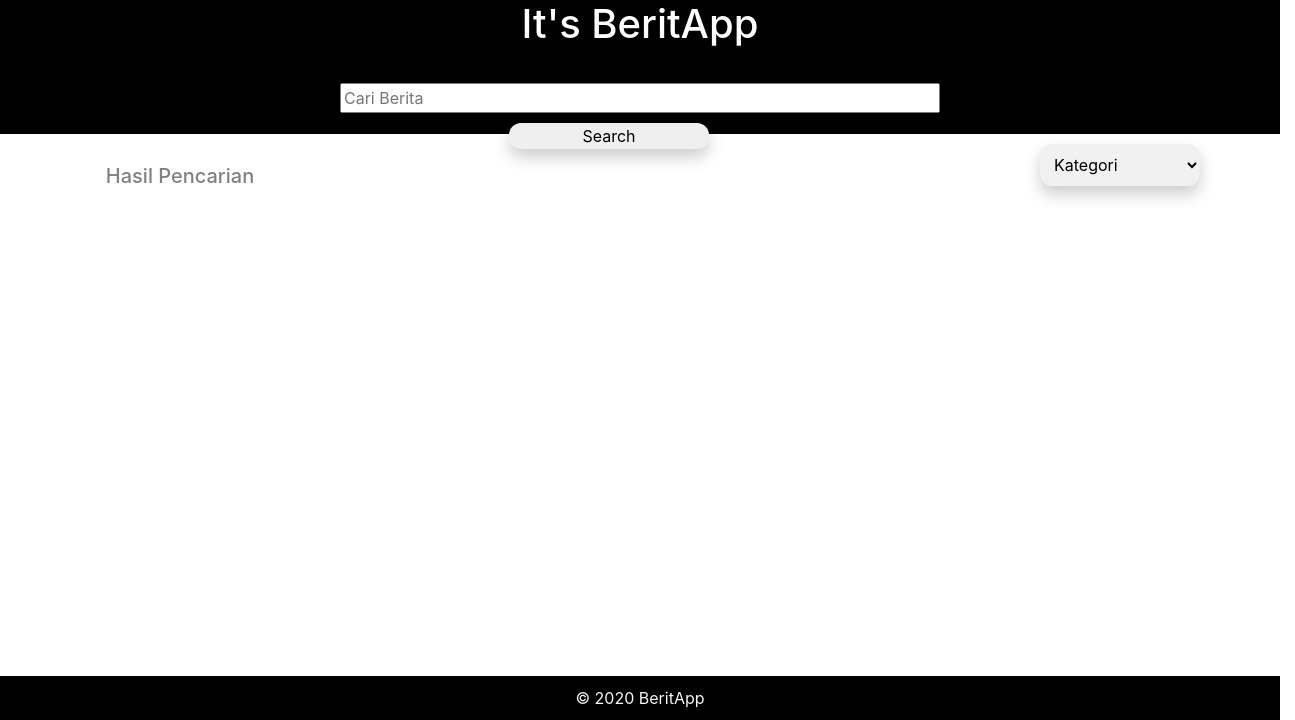
Repository: faalihnst/berita
Page: /
These files come from the project's save history. The page is drawn as it stood at one moment and after the next save; the edit follows.
The browser window is 1280 px wide. The page is 1295 px wide, then 1280 px, so the pictures cover 1295 px, including what lies to the right of the window. The pictures show the whole page.
The project was rebuilt for these pictures with package versions that can differ from the ones it lists, and the page was loaded fresh each time.

Above is the page before, as saved 2020-06-05 07:40:17.

### src/App.js
import React from 'react';
import './assets/style.css';

import 'bootstrap/dist/css/bootstrap.min.css';
// import { MDBCol, MDBFormInline, MDBIcon } from "mdbreact";

import { BrowserRouter as Router, Route } from "react-router-dom";

import Homepage from "./pages/homepage";
// import Login from "./Pages/login";
// import Skripsi from "./Pages/skripsi";

function App() {

  return (
    <div className="App">
      <Router>
        <Route exact path="/" component={Homepage}></Route>
        {/* <Route exact path="/Login" component={Login}></Route>
        <Route exact path="/Skripsi" component={Skripsi}></Route> */}
      </Router>
    </div>
  );
}

export default App;

### src/assets/style.css
.WebContainer{
  width: 100%;
  height: auto;
}

.container1{
  overflow: hidden;
}

body {
  margin: 0;
  font-family: Roboto, Helvetica, sans-serif;
}

.dropdown{
  align-items: center;
}

  /* Increase the font size of the heading */
.header h1 {
  font-size: 40px;
  color: white;
}

.judul{
  font-weight: bold;
}

.col-md-10{
  margin-left: 80px;
  margin-top: 10px;
  padding: 10px;
  border-bottom: 1.5pt solid #E4DFDA;
}

.col-md-5{
  padding: 5px;
  margin-top: 10px;
  margin-left: 1px;
}

.col-md-2{
  padding: 5px;
  margin-top: 10px;
  margin-left: 15px;
}

.result{
  color: grey;
}

.content{
  margin-top: 80px;
}

h5{
  padding: 20px;
  margin-left: 40px;
}

footer{
  background-color: black;
  color: whitesmoke;
  padding: 10px;
  margin-top: 110px;
  text-align: center;
  position: fixed;
  bottom: 0;
  left: 0;
  width: 100%;
}

form{
  margin-top: 20px;
  transform: translateY(15px);
}

input#titleBar{
  width: 600px;
}

input#nameBar{
  width: 300px;
  margin-left: 255px;
  margin-right: 0px;
}

input#npmBar{
  width: 250px;
  margin-right: 220px;
}

.row{
  margin-top: 10px;
}

.header{
  text-align: center;
  background-color: black;
  align-content: center;
}

.button#search{
  margin-top: 0%;
  margin-left: 40%;
  width: 200px;
  border-radius: 12px;
  border: none;
  box-shadow: 0px 8px 16px 0px rgba(0,0,0,0.2);
  z-index: 1;
}

.grid-container{
  grid-template-columns: auto auto;
}

.column-left{
  float: left;
  width: 25%;
  padding: 10px;
}

.then-right:after{
  display: table;
  clear: both;
}

/*dropdown*/
.dropbtn {
  background-color: #f1f1f1;
  color: black;
  padding: 10px;
  font-size: 16px;
  border: none;
  min-width:160px;
  border-radius: 12px;
  box-shadow: 0px 8px 16px 0px rgba(0,0,0,0.2);
  z-index: 1;
}

.dropdown {
  position: relative;
  display: inline-block;
}

.dropdown-content {
  display: none;
  position: absolute;
  background-color: #f1f1f1;
  min-width: 100px;
  box-shadow: 0px 8px 16px 0px rgba(0,0,0,0.2);
  z-index: 1;
  border-radius: 12px;
  color: black;
  border: none;
}

.dropdown-content option {
  color: black;
  padding: 8px 10px;
  text-decoration: none;
  display: block;
}

/*.dropdown-content a:hover {
  background-color: rgb(38, 38, 63);
  border-radius: 12px;
  color: white;
}*/

.button#search:hover{
  background-color: rgb(38, 38, 63);
  border-radius: 12px;
  color: white;
}
.dropdown:hover .dropdown-content {display: block;}

.dropdown:hover .dropbtn {
  background-color: rgb(38, 38, 63);
  border-radius: 12px;
  color: white;
}
/* css login
.container#login{
  height:480px;
  margin-top: 40px;
  margin-bottom: 50px;
  background-color:#1abc9c;
  justify-content: space-between;
  flex-direction: column;
  display: flex;
}

img{
  width: 577;
  height: 433;
  margin-top: 80px;
  margin-left: -200px;
}

.welcome{
  transform: rotate(-90deg);
  margin-left: -250px;
  color: white;
}

.btn-login{
  justify-content: flex-end;
  display: flex;
  margin-bottom: 25px;
  margin-top: 30px;
  font-size: 24px;
  background-color: blue;
  color: white;

}

.form-word{
  margin-left: 0px;
  margin-top: -90px;
  font-size: 25px;
  color: white;
}

.form-group{
  margin-top: 120px;
  width: 100px;
}

 css skripsi

.col-md-8#title{
  margin-top: 30px;
  padding: 15px;
}

.btn-holder {
  justify-content: flex-end;
  display: flex;
  margin-right: 50px;
  margin-bottom: 50px;
}

p#judul{
  font-weight: bold;;
  margin-left: 15px;
  font-size: 18pt;
  color: white;
}

article#abstrak{
  margin-top: 15px;
  padding: 3px;
  font-style: italic;
}

.imgSkripsi{
  width: 300px;
  height: 400px;
  margin-top: 35px;
  margin-left: 10px;
}*/

### src/pages/homepage.js
import React, { useState } from "react";

import axios from "axios";
import qs from "qs";

export default function Homepage() {
  //aciganti
  const [value, setValue] = useState({
    news: [],
    title: "",
    date: "",
    link: "",
    category: "",
    author: "",
    abstract: "",
  });

  const getData = async () => {
    const BASE_URL = "http://localhost:3030/berita-app/query";

    const headers = {
      Accept: "application/sparql-results+json,*/*;q=0.9",
      "Content-Type": "application/x-www-form-urlencoded; charset=UTF-8",
    };

    const queryData = {
      query: `PREFIX news:<http://example.co.id/ns/newsdata>
            SELECT DISTINCT ?title ?date ?link ?category ?abstract ?author
            WHERE {
            ?news news:title ?title.
            ?news news:date ?date.
            ?news news:link ?link.
            ?news news:writtenby ?author.
			    	?news news:abstract ?abstract.
            ?news news:category ?category;
            FILTER contains(lcase(str(?category)), lcase(str("${value.category}")))
            FILTER contains(lcase(str(?title)), lcase(str("${value.title}")))
    }`,
    };

    try {
      const { data } = await axios(BASE_URL, {
        method: "POST",
        headers,
        data: qs.stringify(queryData),
      });
      console.log(data);

      // Convert Data
      const formatted_data = data.results.bindings.map((news, index) =>
        formatter(news, index)
      );
      console.log(formatted_data);

      setValue({
        ...value,
        news: formatted_data,
      });
    } catch (err) {
      console.error(err);
    }
  };

  const formatter = (news, index) => {
    return {
      id: index,
      title: news.title.value,
      date: news.date.value,
      link: news.link.value,
      category: news.category.value,
      author: news.author.value,
      abstract: news.abstract.value,
    };
  };

  const titleHandler = (event) => {
    setValue({
      ...value,
      title: event.target.value,
    });
  };

  const categoryHandler = (event) => {
    //handleChangeDate
    setValue({
      ...value,
      category: event.target.value,
    });
  };

  const content = value.news.map((news) => (
    <div className="container">
      <div key={news.id}>
        <div className="col-md-10">
          <div className="title">
            <a href={`${news.link}`}>{news.title}</a>
          </div>
          <div class="row">
            <div class="col-md-3">{news.category}</div>
            <div class="col-md-3">{news.date}</div>
            <div class="col-md-3">{news.author}</div>
          </div>
        </div>
      </div>
    </div>
  ));
  // Layout
  return (
    <body>
      <div className="header">
        <h1>It's BeritApp</h1>

        {/* Search Form  */}
        <form>
          <div className="container">
            <div className="row">
              <div className="col">
                <input
                  setValue={value.title}
                  placeholder="Cari Berita"
                  type="text"
                  id="titleBar"
                  onChange={titleHandler}
                />
              </div>
            </div>
          </div>
          <div className="row col-xs-1 text-center">
            <input
              type="button"
              className="button col-xs-1 text-center"
              id="search"
              value="Search"
              onClick={getData}
            />
          </div>
        </form>
      </div>

      {/* Hasil Pencarian */}
      <div class="result col-xs-1 text-center">
        <div class="then-right">
          <div class="column-left">
            <h5>Hasil Pencarian</h5>
          </div>
          <div class="column-left"></div>
          <div class="column-left"></div>
          <div class="column-left">
            <div class="dropdown">
              <select
                setValue={value.category}
                className="dropbtn"
                id="category"
                onChange={categoryHandler}
              >
                <option value="">Kategori</option>
                <option value="Kesehatan">Kesehatan</option>
                <option value="Teknologi">Teknologi</option>
                <option value="Sains">Sains</option>
                <option value="Olahraga">Olahraga</option>
                <option value="Otomotif">Ootomotif</option>
                <option value="Ekonomi">Ekonomi</option>
                <option value="Properti">Properti</option>
                <option value="Travel">Travel</option>
                <option value="Politik">Politik</option>
              </select>
            </div>
          </div>
        </div>
      </div>
      <div className="content col-xs-1 text-center">{content}</div>
      {/* Footer */}
      <footer>
        <div className="footer-copyright">&copy; 2020 BeritApp</div>
      </footer>
    </body>
  );
}

Loaded but not shown: public/index.html (common file); src/index.js (common file); src/index.css (common file); src/serviceWorker.js (common file)

After the next save:
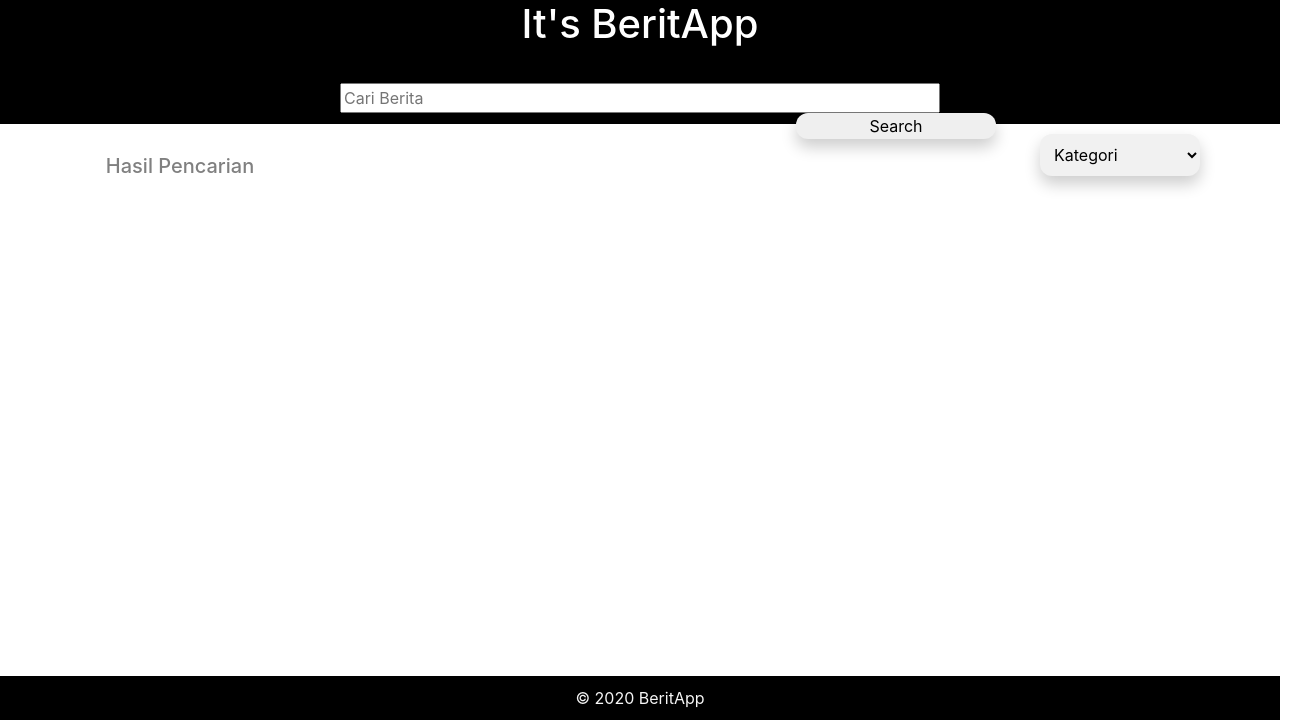
Saved 37 s later.
--- a/src/pages/homepage.js
+++ b/src/pages/homepage.js
@@ -125,7 +125,7 @@ export default function Homepage() {
               </div>
             </div>
           </div>
-          <div className="row col-xs-1 text-center">
+          <div className="col-xs-1 text-center">
             <input
               type="button"
               className="button col-xs-1 text-center"
